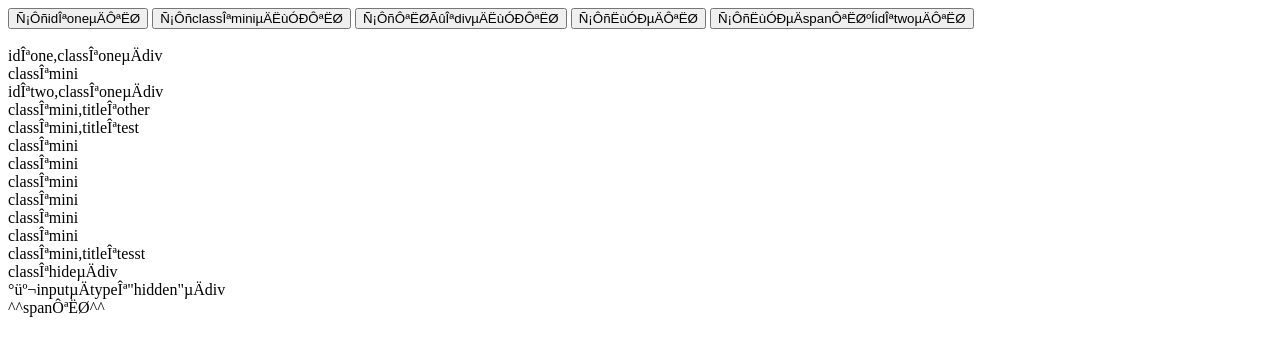
Repository: smilebingbing/java
Page: day_1/WebContent/jquery2.html
The author's editor kept a copy of each file at every save. The page is drawn from the files as they stood at one save, then again after the next save.
The browser window is 1280 px wide. The pictures show the whole page.

Above is the page before, as saved 2016-10-15 07:04:02.

### day_1/WebContent/jquery2.html
<!DOCTYPE html>
<html>
<head>
<meta http-equiv="Content-Type" content="text/html";charset="gbk">

<title>Insert title here</title>
<style type="text/css">

</style>
</head>
<body>
	<input type="button" value="选择id为one的元素" id="btn1" />
	<input type="button" value="选择class为mini的所有元素" id="btn2" />
	<input type="button" value="选择元素名为div的所有元素" id="btn3" />
	<input type="button" value="选择所有的元素" id="btn4" />
	<input type="button" value="选择所有的span元素和id为two的元素" id="btn5" />
	<br>
	<br>
	<div class="one" id="one" title="text">
			id为one,class为one的div
			<div class="mini">class为mini</div>
	</div>
	<div class="one" id="two" title="text">
			id为two,class为one的div
			<div class="mini" title="other">class为mini,title为other</div>
			<div class="mini" title="test">class为mini,title为test</div>
	</div>
	<div class="one">
		<div class="mini">class为mini</div>
		<div class="mini">class为mini</div>
		<div class="mini">class为mini</div>
		<div class="mini"></div>
	</div>
	<div class="one">
		<div class="mini">class为mini</div>
		<div class="mini">class为mini</div>
		<div class="mini">class为mini</div>
		<div class="mini" title="tesst">class为mini,title为tesst</div>
	</div>
	<div style="display:none;" class="none">style的display为"none"</div>
	<div class="hide">class为hide的div</div>
	<div>
			包含input的type为"hidden"的div<input type="hidden" size="8">
	</div>
	<span id="span">^^span元素^^</span>


</body>
</html>

After the next save:
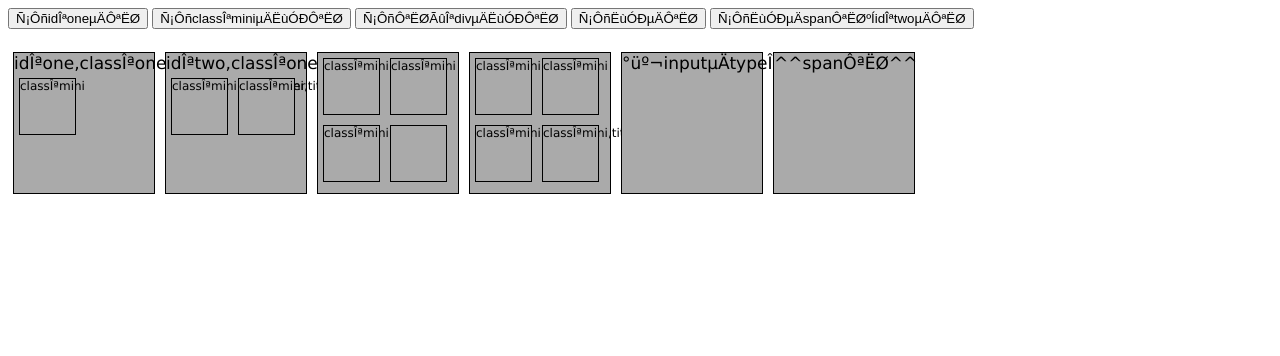
Saved 3 min 28 s later.
--- a/day_1/WebContent/jquery2.html
+++ b/day_1/WebContent/jquery2.html
@@ -5,7 +5,25 @@
 
 <title>Insert title here</title>
 <style type="text/css">
-
+    div,span,p {
+    	width:140px;
+    	height:140px;
+    	margin:5px;
+    	background:#aaa;
+    	border:#000 1px solid;
+    	float:left;
+    	font-size:17px;
+    	font-family:Verdana;
+    }
+    div.mini {
+    	width:55px;
+    	height:55px;
+    	background-color:#aaa;
+    	font-size:12px;
+    }
+    div.hide {
+    	display:none;
+    }
 </style>
 </head>
 <body>
